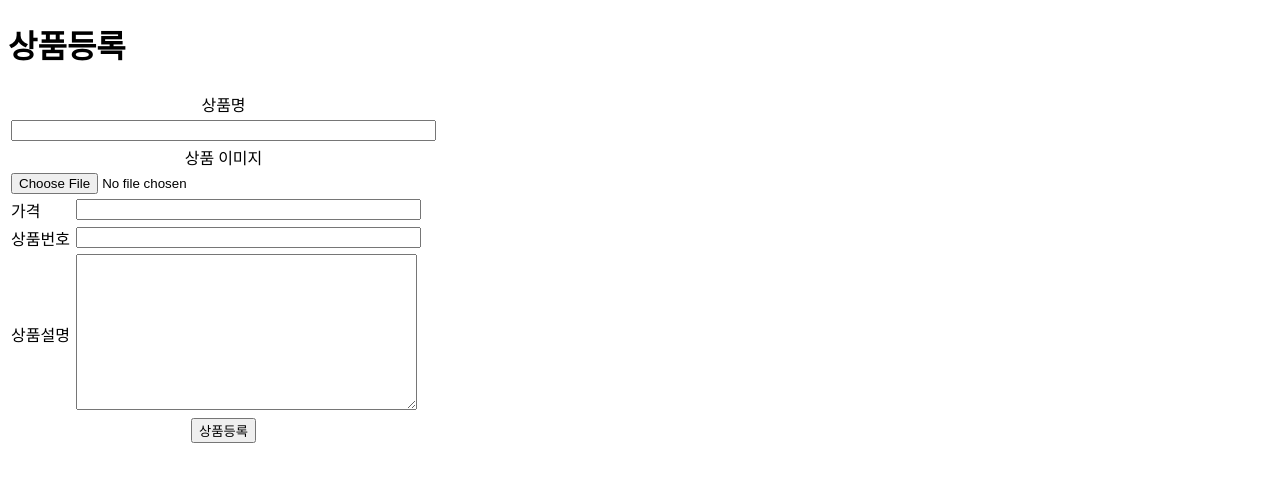
Repository: gunvv00/Java_practice
Page: html_work/html01/WebContent/goods.html
These files come from the project's save history. The page is drawn as it stood at one moment and after the next save; the edit follows.
The browser window is 1280 px wide. The pictures show the whole page.

Above is the page before, as saved 2020-01-02 07:46:45.

After the next save:
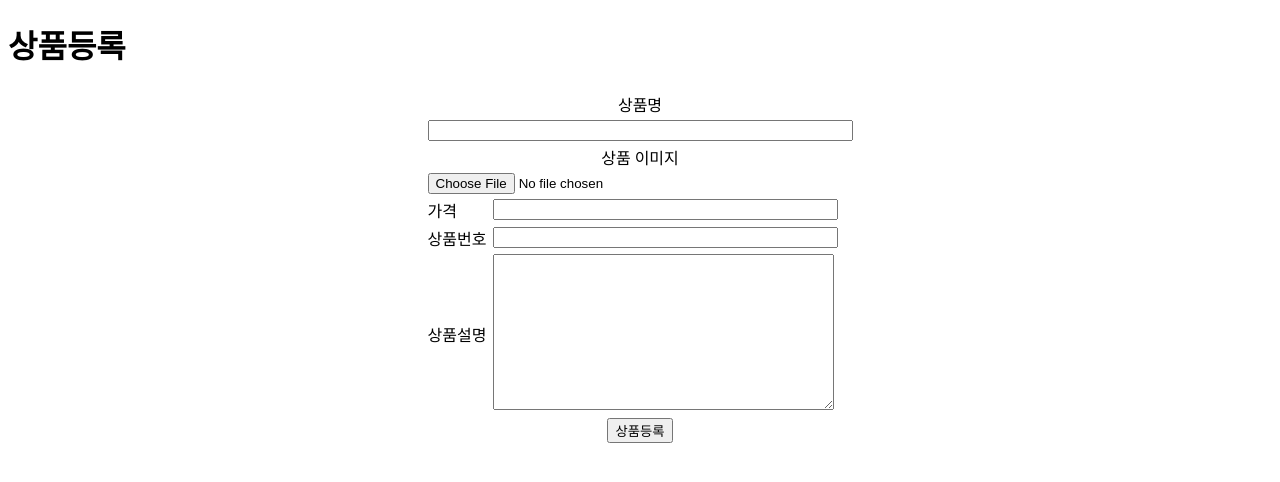
Saved 12 min 28 s later.
--- a/html_work/html01/WebContent/goods.html
+++ b/html_work/html01/WebContent/goods.html
@@ -7,7 +7,7 @@
 <body>
 <form action = "good.jsp" method = "post">
 	<h1>상품등록</h1>
-	<TABLE Border = 0 height = 300 width = 300 >
+	<TABLE Border = 0 height = 300 width = 300 align = "center">
 		<tr>
 			<td align = "center" colspan = "2">상품명</td>
 		</tr>
